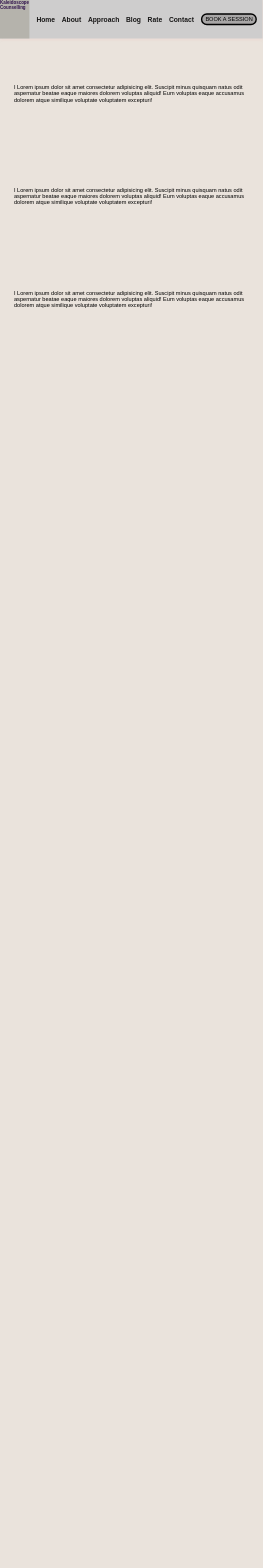
Repository: voutadi/ava-website
Page: index.html
An editor plug-in stored every save of this project. The page is shown before and after a run of saves, followed by the edit.
The browser window is 375 px wide. The pictures show the part of the page from y = 0 to 2240 px (the page is 3120 px tall), at 70% of full size.

Above is the page before, as saved 2024-07-03 13:32:25.

After the next 4 saves:
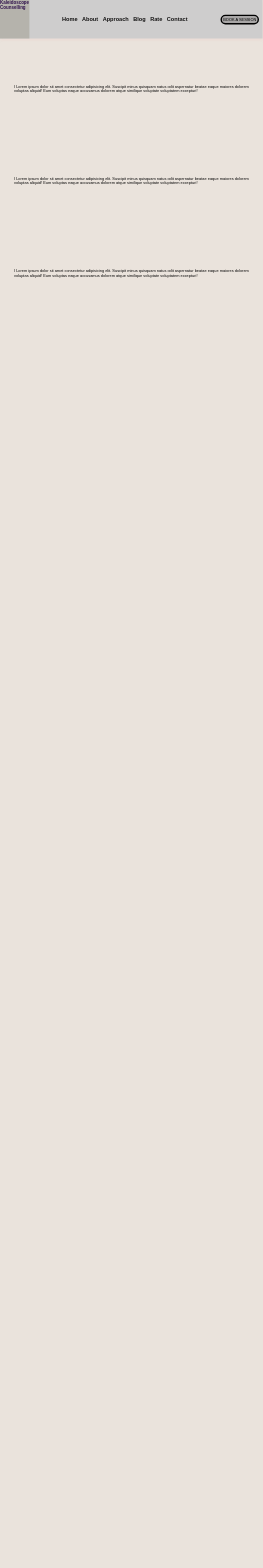
The 4 saves are shown as one change because they came seconds apart.
The last was saved 21 s later.
--- a/styles/style.css
+++ b/styles/style.css
@@ -114,7 +114,7 @@ p {
   }
 }
 
-@media  (max-width: 600px) {
+@media (min-) (max-width: 600px) {
   body {
     font-size: 0.5rem;
   } /* Smaller font size */
